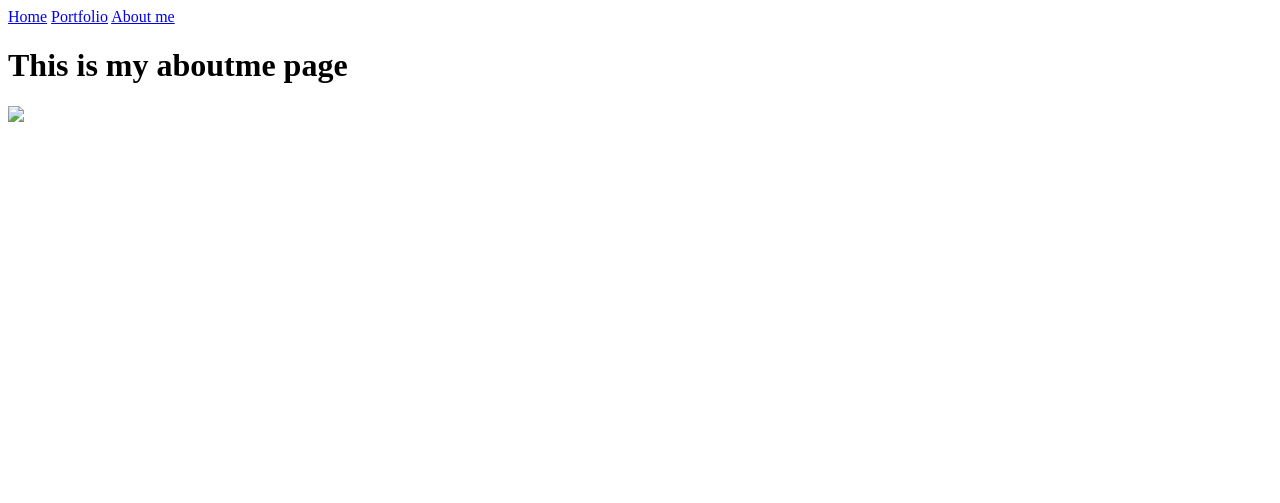
Repository: CoreyEsqueda/CoreyEsqueda.github.io
Page: my_website/aboutme.html
The author's editor kept a record of every edit. The page is drawn from the files as they stood at one moment, then again after the next edit.
The browser window is 1280 px wide. The pictures show the whole page.

Above is the page before.
Not found: my_website/images/myAvatar.jpg

After the next edit:
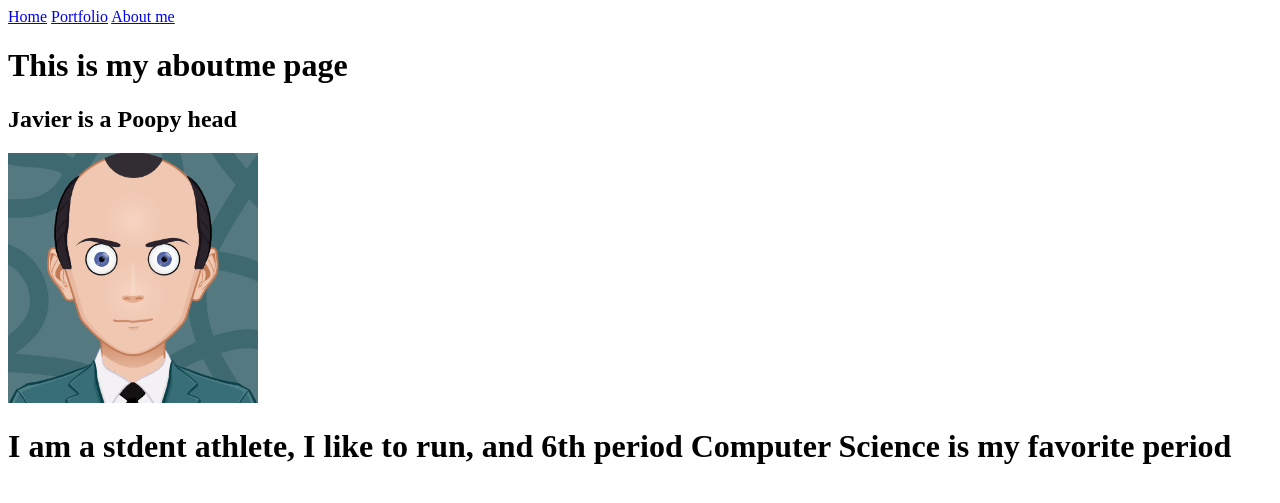
The edit:
--- a/my_website/aboutme.html
+++ b/my_website/aboutme.html
@@ -9,6 +9,8 @@
     <a href="portfolio.html">Portfolio</a>
     <a href="aboutme.html">About me</a>
     <h1>This is my aboutme page</h1>
-    <img src="images/myAvatar.jpg" height="250">
+    <h2>Javier is a Poopy head</h2>
+    <img src="images/myAvatar.png" height="250">
+    <h1>I am a stdent athlete, I like to run, and 6th period Computer Science is my favorite period</h1>
 	  </body>
 	</html>
